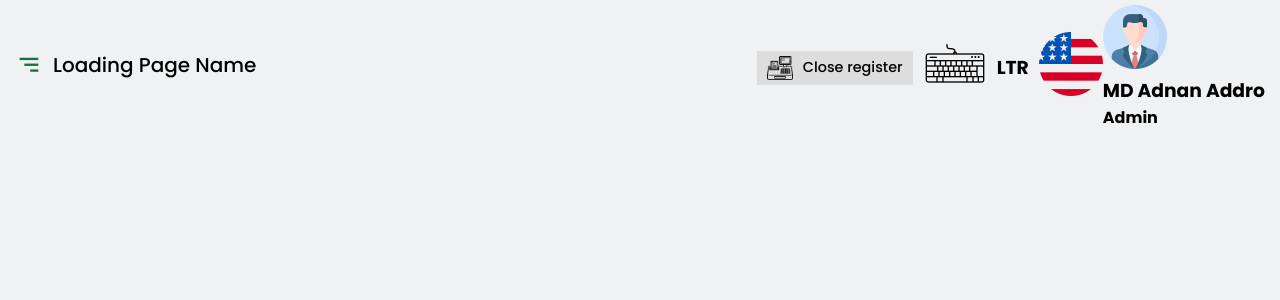
Repository: codebyaddro/pos-navbar
Page: index.html
These files come from the project's save history. The page is drawn as it stood at one moment and after the next save; the edit follows.
The browser window is 1280 px wide. The pictures show the whole page.

Above is the page before, as saved 2025-02-13 15:43:09.

### index.html
<!DOCTYPE html>
<html lang="en">
<head>
    <meta charset="UTF-8">
    <meta name="viewport" content="width=device-width, initial-scale=1.0">
    <!-- CSS -->
    <link rel="stylesheet" href="/css/style.css">
    <!-- Icons -->
    <link href='https://unpkg.com/boxicons@2.1.4/css/boxicons.min.css' rel='stylesheet'>
    <title>Navbar - Block</title>
</head>
<body style="background-color: #f0f1f2;">
    <nav class="cba-nav-container">
        <div class="cba-nav-side-menu-toggle-icon-loading-pagename">
            <div class="cba-nav-side-menu-toggle-icon">
                <!-- toggle first icon -->
                <i class='t-icon-open bx bx-menu-alt-right' id="iconDisplay" onclick="toggleIcon()"></i>
                <!-- toggle second icon -->
                <!-- <i class='t-icon-close bx bx-menu-alt-left' id="iconDisplay" onclick="toggleIcon()"></i> -->
                <!--todo: one of the toggle icon should be commented-->
            </div>
            <div class="cba-nav-loading-pagename">
                <h3>Loading Page Name</h3>
            </div>
        </div>
        <div class="cba-nav-features-user-logo-name">
            <div class="cba-nav-features">
                <div class="cba-nav-close-counter">
                    <img src="/img/cash-register.png" alt="cash-register-img">
                    <h3>Close register</h3>
                </div>
                <div class="cba-nav-keyboard-shortcut">
                    <img src="/img/computer-keyboard.png" alt="keyboard-img">
                </div>
                <div class="cba-nav-ltr-rtl-switch">
                    <h3><span id="text">LTR</span></h3>
                </div>
                <div class="cba-nav-lang-switch" onclick="toggleImage()">
                    <img src="/img/united-states.png" title="English" alt="united-state-flag" id="image">
                </div>
            </div>
            <div class="cba-nav-user-logo-name">
                <div class="cba-nav-user-logo">
                    <img src="/img/User.png" alt="user-img">
                </div>
                <div class="cba-nav-user-name">
                    <div class="cba-nav-user-name">
                        <h3>MD Adnan Addro</h3>
                    </div>
                    <div class="cba-nav-user-role">
                        <h4>Admin</h4>
                    </div>
                </div>
            </div>
        </div>
    </nav>
    <!-- Javascript -->
    <script src="/script/main.js"></script>
</body>
</html>

### css/style.css
/* -- fonts -- */
@import url('https://fonts.googleapis.com/css2?family=Poppins:ital,wght@0,100;0,200;0,300;0,400;0,500;0,600;0,700;0,800;0,900;1,100;1,200;1,300;1,400;1,500;1,600;1,700;1,800;1,900&family=Raleway:ital,wght@0,100..900;1,100..900&family=Roboto:ital,wght@0,100;0,300;0,400;0,500;0,700;0,900;1,100;1,300;1,400;1,500;1,700;1,900&family=VT323&display=swap');

/* -- root -- */

:root {
    --gray-white: #F0F1F2; /* For body*/
    --white: #FFFFFF;
    --black: #000000;
    --gray-black: #DDDDDD;
    --light-black: #212523;
    --light-black-op: #21252350;
    --main-green: #157343;
    --main-light: #37A000;
    --light-orange: #FD7E14;
    --green: #008000;
    --light-green: #e9f6ec;
    --red: #FF0000;
    --light-red: #fbeaec;
}

/* -- universal style -- */

* {
    margin: 0;
    padding: 0;
    box-sizing: border-box;
    font-family: "Poppins", serif;
}

/* -- web app cursor element selection style -- */

::selection {
    color: var(--white);
    background-color: var(--main-light);
}

/* -- nav container style -- */

.cba-nav-container {
    display: flex;
    justify-content: space-between;
    align-items: center;
    padding: 5px 15px;
}

/* -- nav side menu toggle icon and loading pagename style -- */

.cba-nav-side-menu-toggle-icon-loading-pagename {
    display: flex;
    gap: 10px;
    align-items: center;
}

/* -- nav side menu toggle icon style -- */

.t-icon-open {
    color: var(--main-green);
    font-size: 1.75rem;
    cursor: pointer;
}

.t-icon-close {
    color: var(--main-green);
    font-size: 1.75rem;
    cursor: pointer;
}

/* -- nav loading pagename style -- */

.cba-nav-loading-pagename h3 {
    color: var(--black);
    font-size: 1.25rem;
    font-weight: 500;
    margin-top: -5px;
}

/* -- nav features and user logo name style -- */

.cba-nav-features-user-logo-name {
    display: flex;
    /* gap: 10px; */
    align-items: center;
}

/* -- nav features style -- */

.cba-nav-features {
    display: flex;
    gap: 10px;
    align-items: center;
}

/* -- close counter style -- */

.cba-nav-close-counter {
    display: flex;
    gap: 10px;
    align-items: center;
    background-color: var(--gray-black);
    padding: 5px 10px;
    cursor: pointer;
}

.cba-nav-close-counter img {
    height: 24px;
    width: 26px;
    cursor: pointer;
}

.cba-nav-close-counter h3 {
    color: var(--black);
    font-size: 0.9rem;
    font-weight: 500;
}

### script/main.js
// JS function for Side Navigation Bar Toggle

function toggleIcon() {
    let icon = document.getElementById("iconDisplay");

    if (icon.classList.contains("bx-menu-alt-right")) {
        icon.classList.remove("bx-menu-alt-right");
        icon.classList.add("bx-menu-alt-left"); // Change to user alt left icon
    } else {
        icon.classList.remove("bx-menu-alt-left");
        icon.classList.add("bx-menu-alt-right"); // Change back to alt right icon
    }
}

// End of Side Navigation Bar Toggle

After the next save:
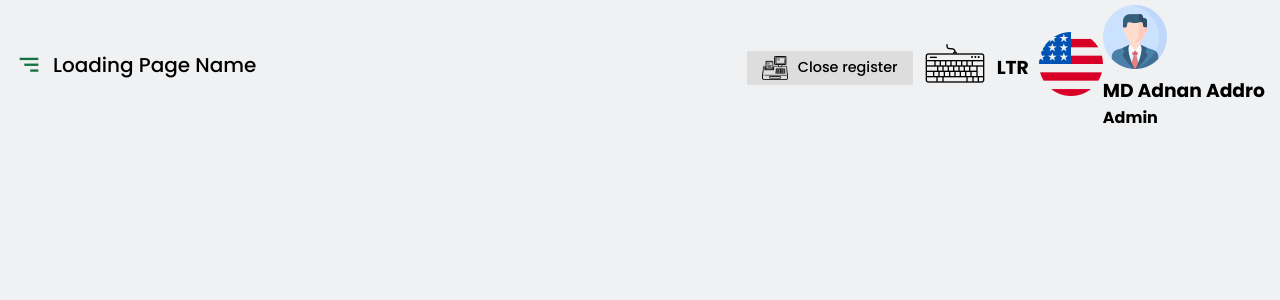
Saved 16 s later.
--- a/css/style.css
+++ b/css/style.css
@@ -98,7 +98,7 @@
     gap: 10px;
     align-items: center;
     background-color: var(--gray-black);
-    padding: 5px 10px;
+    padding: 5px 15px;
     cursor: pointer;
 }
 
